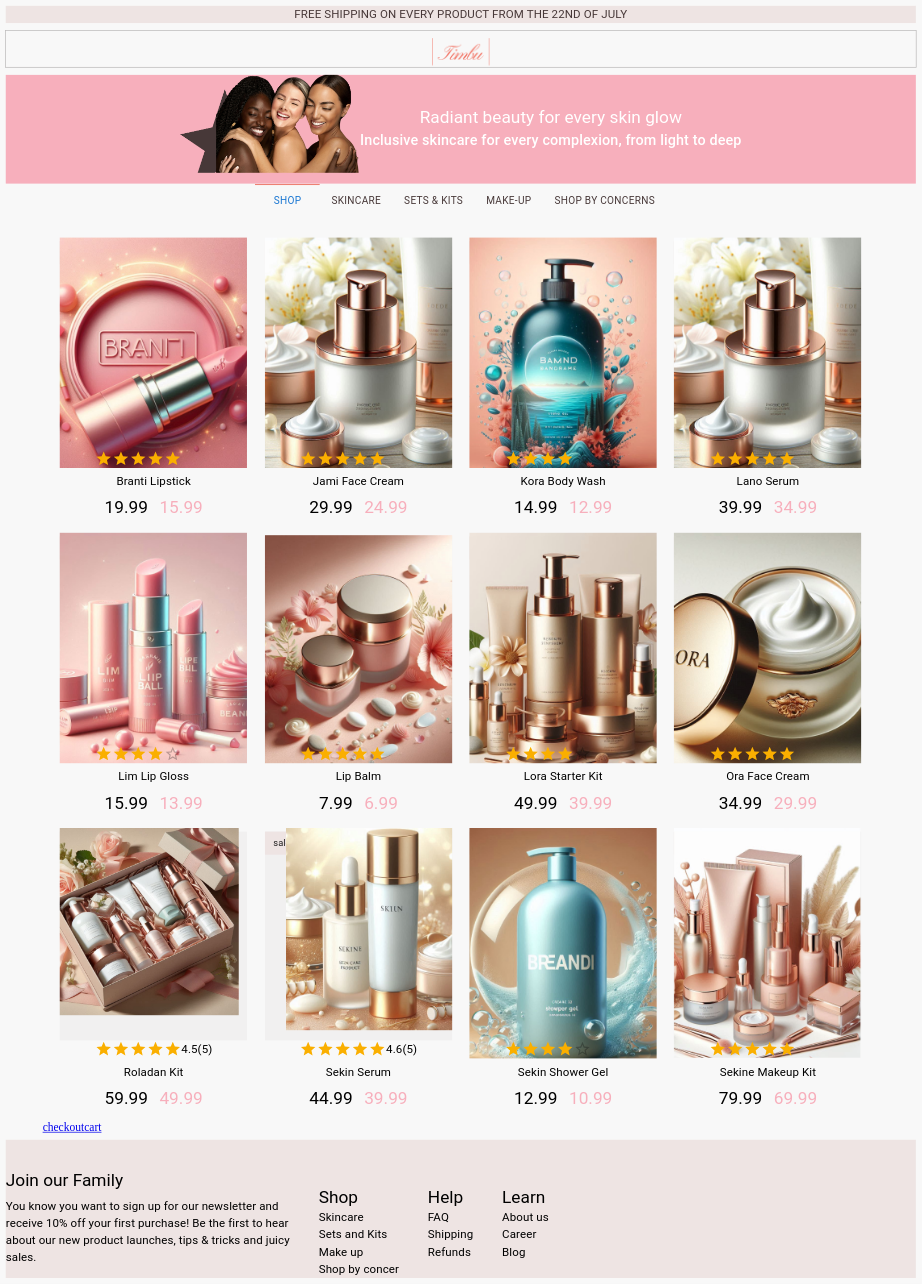
Repository: Armstrong2035/hng-project-two
Page: / (app in timbu-store/)
These files come from the project's save history. The page is drawn as it stood at one moment and after a run of saves; the edit follows.
The browser window is 1280 px wide. The pictures show the whole page, at 72% of full size.
The project was rebuilt for these pictures with package versions that can differ from the ones it lists, and the page was loaded fresh each time. The framework's server and built-in components were replaced by stand-ins that run in the browser. Also part of the build but not shown: timbu-store/next.config.mjs, timbu-store/components/Products/Filters.js.

Above is the page before, as saved 2024-07-09 04:02:37.

After the next 2 saves:
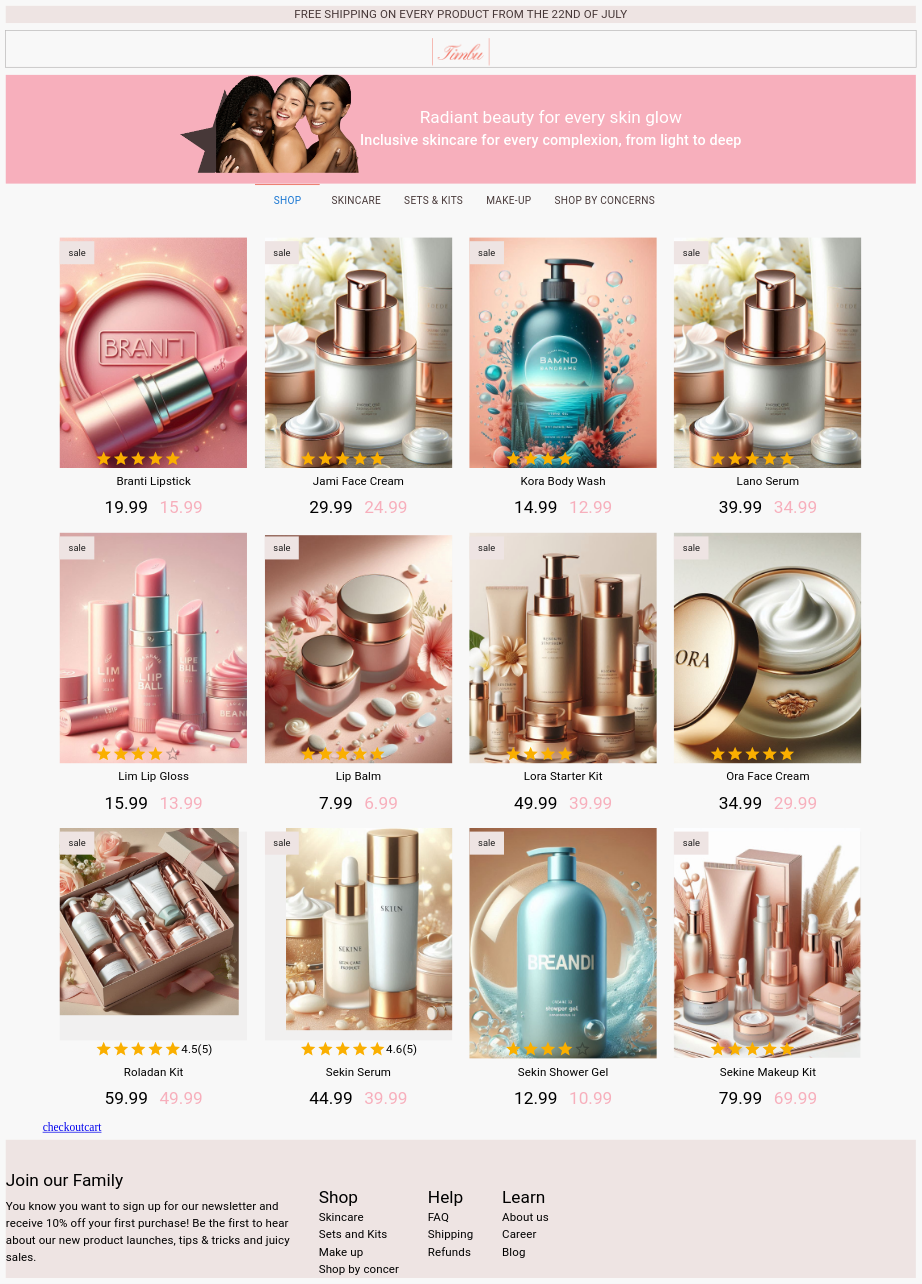
The 2 saves are shown as one change because they came seconds apart.
The last was saved 7 s later.
--- a/timbu-store/components/Products/ProductList.js
+++ b/timbu-store/components/Products/ProductList.js
@@ -67,7 +67,6 @@
                   style={{
                     width: "300px",
                     height: "300px",
-                    position: "relative",
                     padding: "10px, 10px",
                   }}
                 >

After the 3 saves that followed:
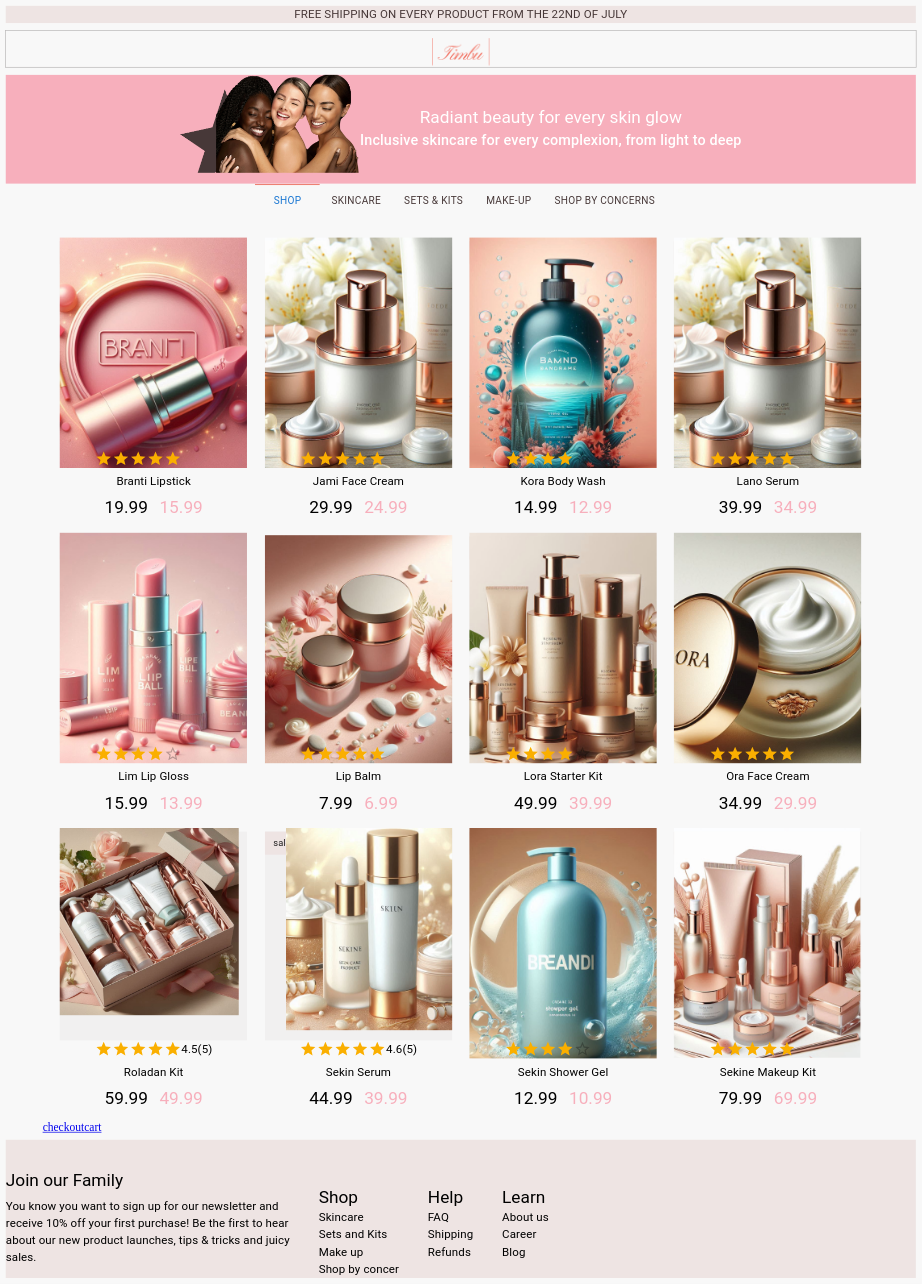
The 3 saves are shown as one change because 2 left the picture as it was.
The last was saved 58 s later.
--- a/timbu-store/components/Products/ProductList.js
+++ b/timbu-store/components/Products/ProductList.js
@@ -67,6 +67,7 @@
                   style={{
                     width: "300px",
                     height: "300px",
+                    position: "relative",
                     padding: "10px, 10px",
                   }}
                 >
